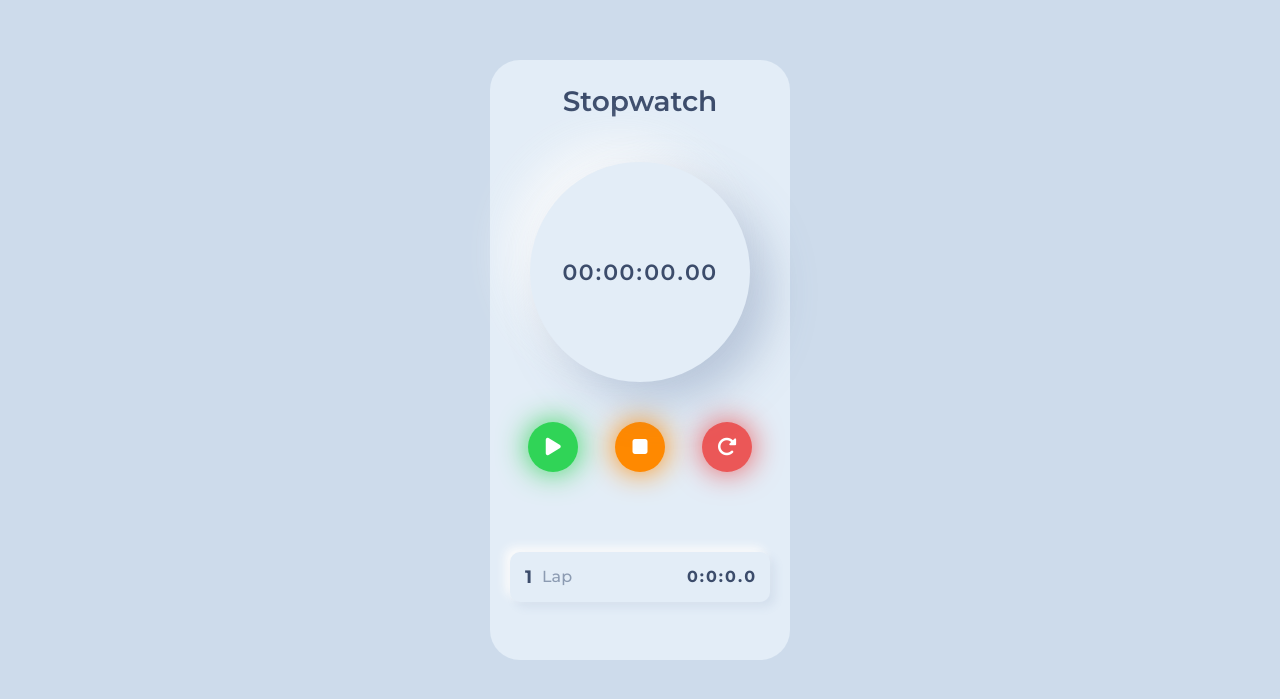
Repository: dinhtri123/stopwatch
Page: index.html
The author's editor kept a copy of each file at every save. The page is drawn from the files as they stood at one save, then again after a run of saves.
The browser window is 1280 px wide. The pictures show the whole page.
After loading, the first visible `button.btn-reset` was clicked once.

Above is the page before, as saved 2023-01-05 15:38:43.

### index.html
<!DOCTYPE html>
<html lang="en">
  <head>
    <meta charset="UTF-8" />
    <meta http-equiv="X-UA-Compatible" content="IE=edge" />
    <meta name="viewport" content="width=device-width, initial-scale=1.0" />
    <link
      rel="stylesheet"
      href="https://cdnjs.cloudflare.com/ajax/libs/font-awesome/6.2.1/css/all.min.css"
    />
    <title>Stop Watch</title>
    <link rel="stylesheet" href="style.css" />
  </head>
  <body>
    <div class="wrapper">
      <h3>Stopwatch</h3>
      <div class="timer">
        <div class="effects"></div>
        <p class="hours">00</p>
        <span>:</span>
        <p class="minutes">00</p>
        <span>:</span>
        <p class="seconds">00</p>
        <span>.</span>
        <p class="milis">00</p>
      </div>
      <div class="btn">
        <button class="btn-start">
          <i class="fa-solid fa-play start"></i>
        </button>
        <button class="btn-stop" disabled>
          <i class="fa-solid fa-stop stop"></i>
        </button>
        <button class="btn-reset">
          <i class="fa-solid fa-rotate-right reset"></i>
        </button>
      </div>
      <div class="history">
        <!-- <div class="lap">
          <div class="number-lap">
            <p>1</p>
            <span>Lap</span>
          </div>
          <div class="timer-lap">
            <p>01</p>
            <span>:</span>
            <p>00</p>
            <span>:</span>
            <p>00</p>
          </div>
        </div> -->
      </div>
    </div>
  </body>
  <script src="index.js"></script>
</html>

### style.css
@import url("https://fonts.googleapis.com/css2?family=Montserrat:wght@400;500;600;700&display=swap");
* {
  margin: 0;
  padding: 0;
  box-sizing: border-box;
  font-family: "Montserrat", sans-serif;
}
body {
  width: 100%;
  min-height: 100vh;
  height: 100%;
  font-size: 16px;
  line-height: 1.5;
  font-weight: 400;
  background-color: #cddbeb;
  display: flex;
  justify-content: center;
  align-items: center;
}
.wrapper {
  width: 300px;
  height: 600px;
  border-radius: 30px;
  background: #e3edf7;
  padding: 20px;
  display: flex;
  flex-direction: column;
  justify-content: flex-start;
  align-items: center;
  gap: 40px;
}
h3 {
  font-size: 28px;
  color: #3c4c6b;
  text-align: center;
  font-weight: 600;
}
.timer {
  background-color: #e3edf7;
  width: 220px;
  height: 220px;
  border-radius: 50%;
  display: flex;
  justify-content: center;
  align-items: center;
  gap: 3px;
  box-shadow: 20px 20px 45px #6a80a85d, -20px -20px 45px #fbfbfbd9;
  font-size: 22px;
  font-weight: 600;
  color: #3c4c6b;
  letter-spacing: 1.5px;
  position: relative;
}
.timer > p {
  width: 28px;
  display: flex;
  justify-content: center;
  align-items: center;
}
.effects {
  position: absolute;
  inset: 0;
  width: 220px;
  height: 220px;
  border-radius: 50%;
  border-top: 3px solid #6a80a899;
  border-right: 3px solid transparent;
  animation: during 1s linear infinite;
  display: none;
}
.effects:before {
  content: "";
  position: absolute;
  top: 29px;
  right: 22px;
  width: 10px;
  height: 10px;
  border-radius: 50%;
  background-color: #3c4c6bb7;
  box-shadow: 0px 0px 10px #3c4c6b;
}
@keyframes during {
  to {
    transform: rotate(360deg);
  }
}

.btn {
  width: 100%;
  display: flex;
  justify-content: space-around;
}
button {
  background-color: #e3edf7;
  border: none;
  outline: none;
  border-radius: 50%;
  width: 50px;
  height: 50px;
  font-weight: 700;
  color: #3c4c6b;
  cursor: pointer;
  font-size: 20px;
  display: flex;
  justify-content: center;
  align-items: center;
  color: white;
}
.btn-start {
  background: #30d457;
  /* box-shadow: 5px 5px 10px #30d4569d, -5px -5px 10px #fbfbfb; */
  box-shadow: 0px 0px 30px #30d456fd;
}
.btn-stop {
  background: #ff8900;
  /* box-shadow: 5px 5px 10px #ff8900, -5px -5px 10px #fbfbfb; */
  box-shadow: 0px 0px 30px #ff8900;
  cursor: not-allowed;
}
.btn-reset {
  background-color: #eb5757;
  /* box-shadow: 5px 5px 10px #eb5757, -5px -5px 10px #fbfbfb; */

  box-shadow: 0px 0px 30px #eb5757;
}

.history {
  width: 100%;
  display: flex;
  flex-direction: column;
  gap: 0px;
}
.lap {
  width: 100%;
  height: 50px;
  background-color: #e3edf7;
  border-radius: 10px;
  box-shadow: 5px 5px 10px #6a80a81e, -5px -5px 10px #fbfbfb;
  display: flex;
  justify-content: space-between;
  align-items: center;
  padding: 10px 15px;
}
.number-lap {
  display: flex;
  align-items: center;
  gap: 10px;
}
.number-lap > p {
  font-size: 18px;
  font-weight: 700;
  color: #3c4c6b;
}
.number-lap > span {
  font-weight: 500;
  color: #8c9bb2;
}
.timer-lap {
  display: flex;
  gap: 2px;
  color: #3c4c6b;
  font-weight: 700;
  letter-spacing: 1.5;
}

.btn-disabled {
  cursor: not-allowed;
}
.btn-enabled {
  cursor: pointer;
}

### index.js
const btnStart = document.querySelector(".btn-start");
const btnStop = document.querySelector(".btn-stop");
const btnReset = document.querySelector(".btn-reset");

const miliseconds = document.querySelector(".milis");
const seconds = document.querySelector(".seconds");
const minutes = document.querySelector(".minutes");
const hours = document.querySelector(".hours");

const iconStart = document.querySelector(".start");
const iconStop = document.querySelector(".stop");
const iconReset = document.querySelector(".reset");

const effects = document.querySelector(".effects");

const history = document.querySelector(".history");

let interval;
let milis = 0;
let sec = 0;
let min = 0;
let hrs = 0;

btnStart.addEventListener("click", function () {
  effects.style.display = "block";
  effects.style.animationPlayState = "running";

  interval = setInterval(() => {
    milis++;
    let timerMilis = milis < 10 ? "0" + milis : milis;
    miliseconds.textContent = timerMilis > 99 ? (milis = "0" + 0) : timerMilis;
    if (timerMilis === 100) {
      sec++;
      let timer = sec < 10 ? "0" + sec : sec;
      seconds.textContent = timer > 59 ? (sec = "0" + 0) : timer;
      if (timer === 60) {
        min++;
        let timerMin = min < 10 ? "0" + min : min;
        if (min === 60) {
          hrs++;
          hours.textContent = hrs < 10 ? "0" + hrs : hrs;
        }
        minutes.textContent = timerMin > 59 ? (min = "0" + 0) : timerMin;
      }
    }
  }, 10);

  if (iconStart.className.includes("fa-play")) {
    iconStart.className = iconStart.className.replace("fa-play", "fa-pause");
    this.disabled = true;
    this.classList.add("btn-disabled");
    btnStop.classList.add("btn-enabled");
    btnStop.disabled = false;
  } else {
    iconStart.className = iconStart.className.replace("fa-pause", "fa-play");
  }
});

btnStop.addEventListener("click", function () {
  effects.style.animationPlayState = "paused";
  btnStart.disabled = false;
  btnStart.classList.remove("btn-disabled");
  this.disabled = true;
  this.classList.remove("btn-enabled");
  iconStart.className = iconStart.className.replace("fa-pause", "fa-play");
  clearInterval(interval);
});

btnReset.addEventListener("click", function () {
  let storeValues = [hrs, min, sec, milis];
  effects.style.display = "none";
  miliseconds.textContent = "00";
  seconds.textContent = "00";
  minutes.textContent = "00";
  hours.textContent = "00";
  btnStart.disabled = false;
  btnStart.classList.remove("btn-disabled");
  btnStop.disabled = true;
  btnStop.classList.remove("btn-enabled");
  iconStart.className = iconStart.className.replace("fa-pause", "fa-play");
  clearInterval(interval);
  milis = 0;
  sec = 0;
  min = 0;
  hrs = 0;
  let indexLap = 1;
  const template = `<div class="lap">
  <div class="number-lap">
    <p>${indexLap++}</p>
    <span>Lap</span>
  </div>
  <div class="timer-lap">
    <p>${storeValues[0]}</p>
    <span>:</span>
    <p>${storeValues[1]}</p>
    <span>:</span>
    <p>${storeValues[2]}</p>
    <span>.</span>
    <p>${storeValues[3]}</p>
  </div>
</div>`;
  history.insertAdjacentHTML("afterend", template);
});

After the next 2 saves:
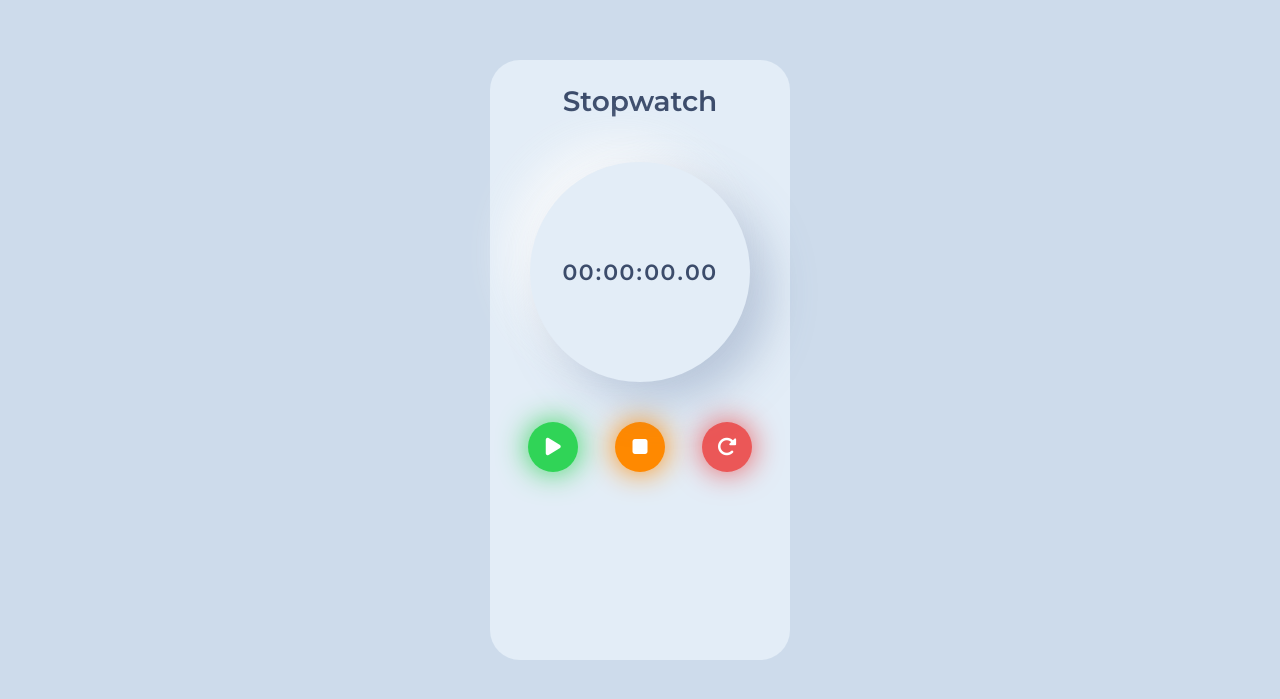
Console error (its wording comes from the project's code and is left out).
The 2 saves are shown as one change because they came seconds apart.
The last was saved 42 s later.
--- a/index.js
+++ b/index.js
@@ -99,5 +99,5 @@
     <p>${storeValues[3]}</p>
   </div>
 </div>`;
-  history.insertAdjacentHTML("afterend", template);
+  history.insertAdjacentHTML("before", template);
 });

After the save that followed:
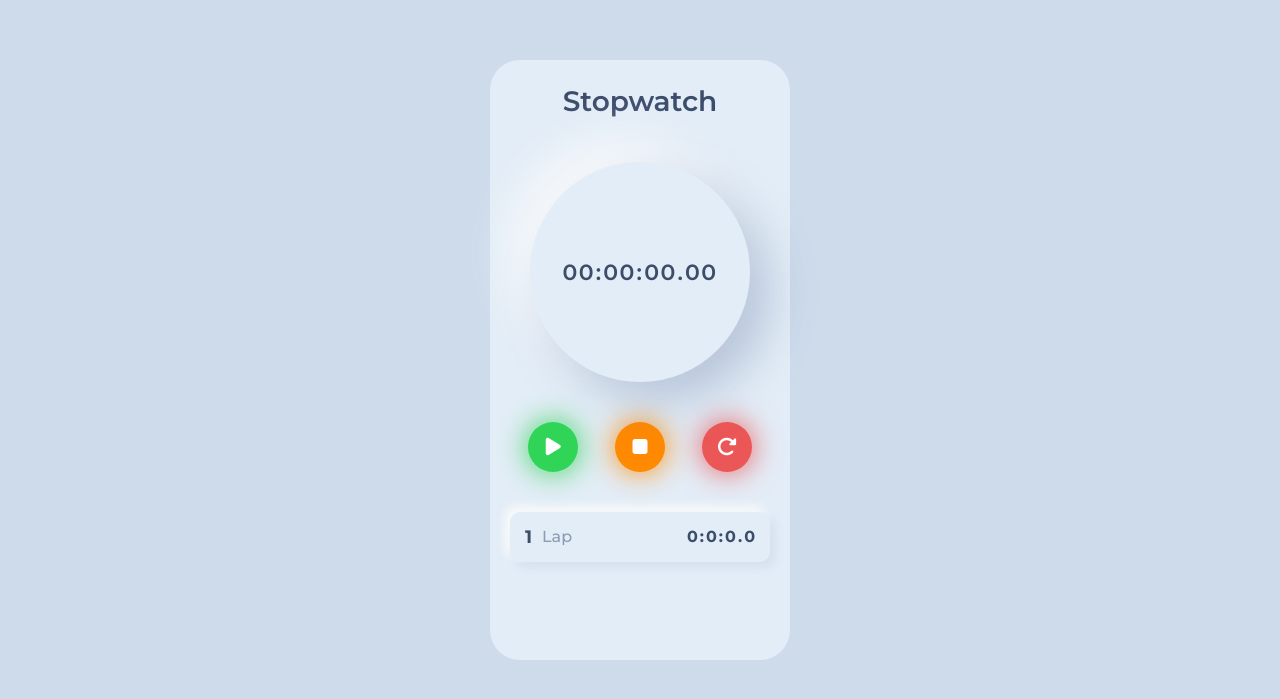
The error is gone.
Saved 4 s later.
--- a/index.js
+++ b/index.js
@@ -99,5 +99,5 @@
     <p>${storeValues[3]}</p>
   </div>
 </div>`;
-  history.insertAdjacentHTML("before", template);
+  history.insertAdjacentHTML("beforeend", template);
 });
